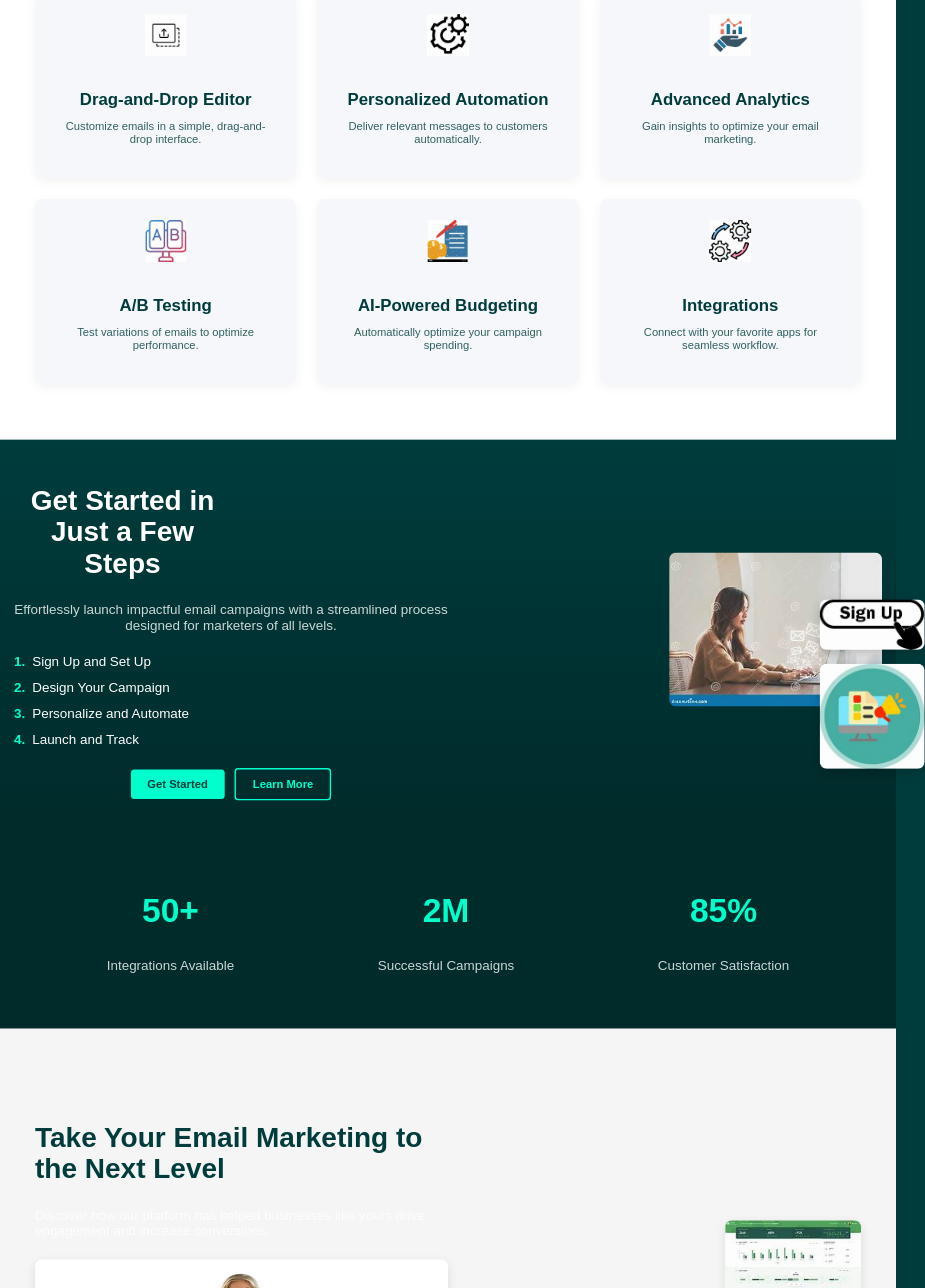
Repository: Patience225/email-marketing
Page: index.html
The author's editor kept a copy of each file at every save. The page is drawn from the files as they stood at one save, then again after the next save.
The browser window is 1280 px wide. The page is 1321 px wide, so the pictures cover 1321 px, including what lies to the right of the window. The pictures show the part of the page from y = 966 to 2806 px (the page is 4487 px tall), at 70% of full size.

Above is the page before, as saved 2025-01-29 18:23:45.
Console error: TypeError: Cannot read properties of null (reading 'addEventListener')

After the next save:
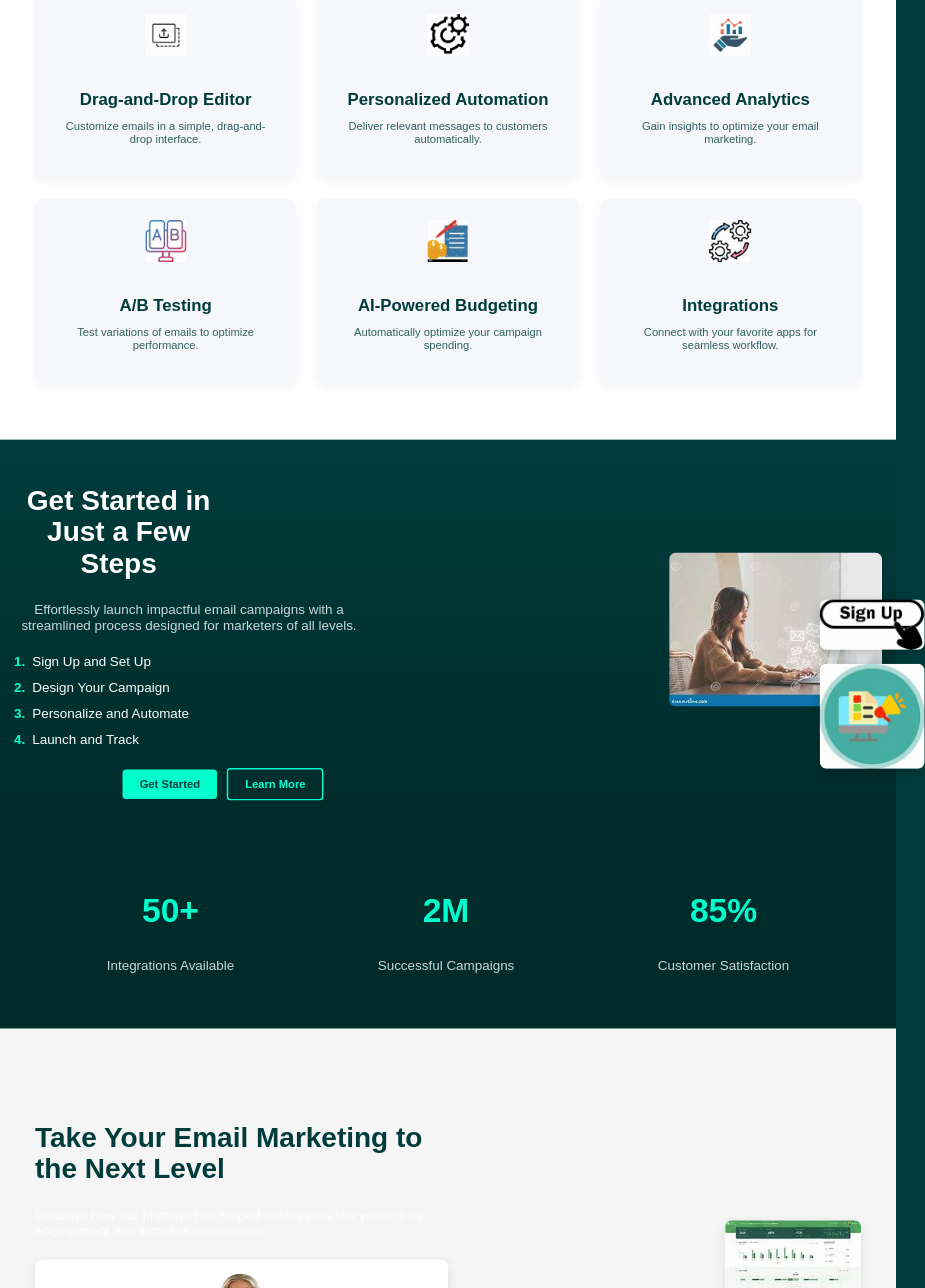
Saved 68 s later.
--- a/styles.css
+++ b/styles.css
@@ -646,6 +646,7 @@ body {
   font-size: 1.2rem;
   opacity: 0.8;
   margin: 15px 0 30px;
+  max-width: 500px;
 }
 
 /* Form */
